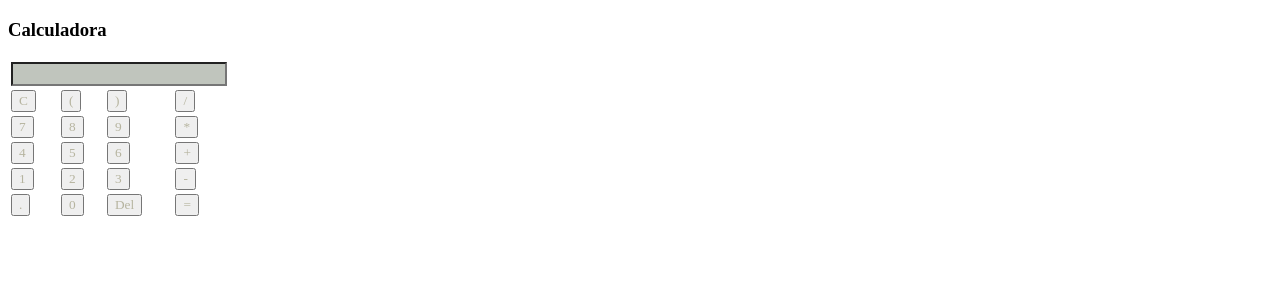
Repository: ServerK001/CalcJsVanilha
Page: index.html
An editor plug-in stored every save of this project. The page is shown before and after a run of saves, followed by the edit.
The browser window is 1280 px wide. The pictures show the whole page.
Some web fonts or font styles are not loaded; a fallback is used.

Above is the page before, as saved 2022-02-14 08:36:05.

After the next 3 saves:
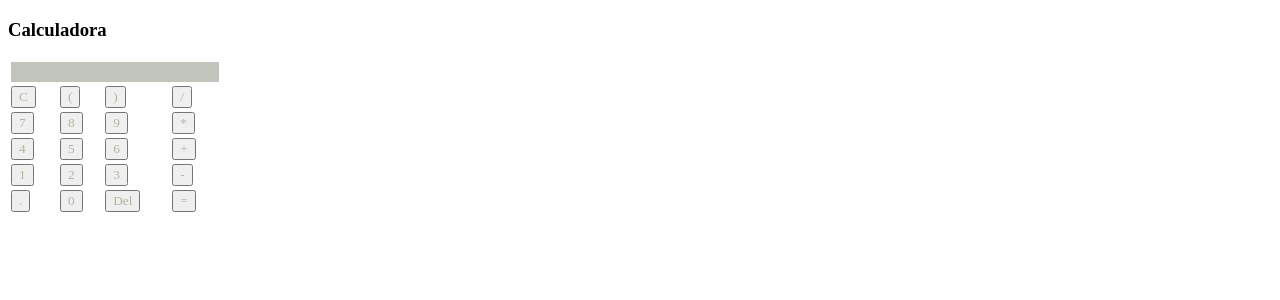
The 3 saves are shown as one change because they came seconds apart.
The last was saved 21 s later.
--- a/style.css
+++ b/style.css
@@ -12,6 +12,8 @@
     font-family: "Unibody 8";
     color: var(--font-display);
     background-color: var(--displayBG);
+
+        border: none;
 }
 
 .btn{
